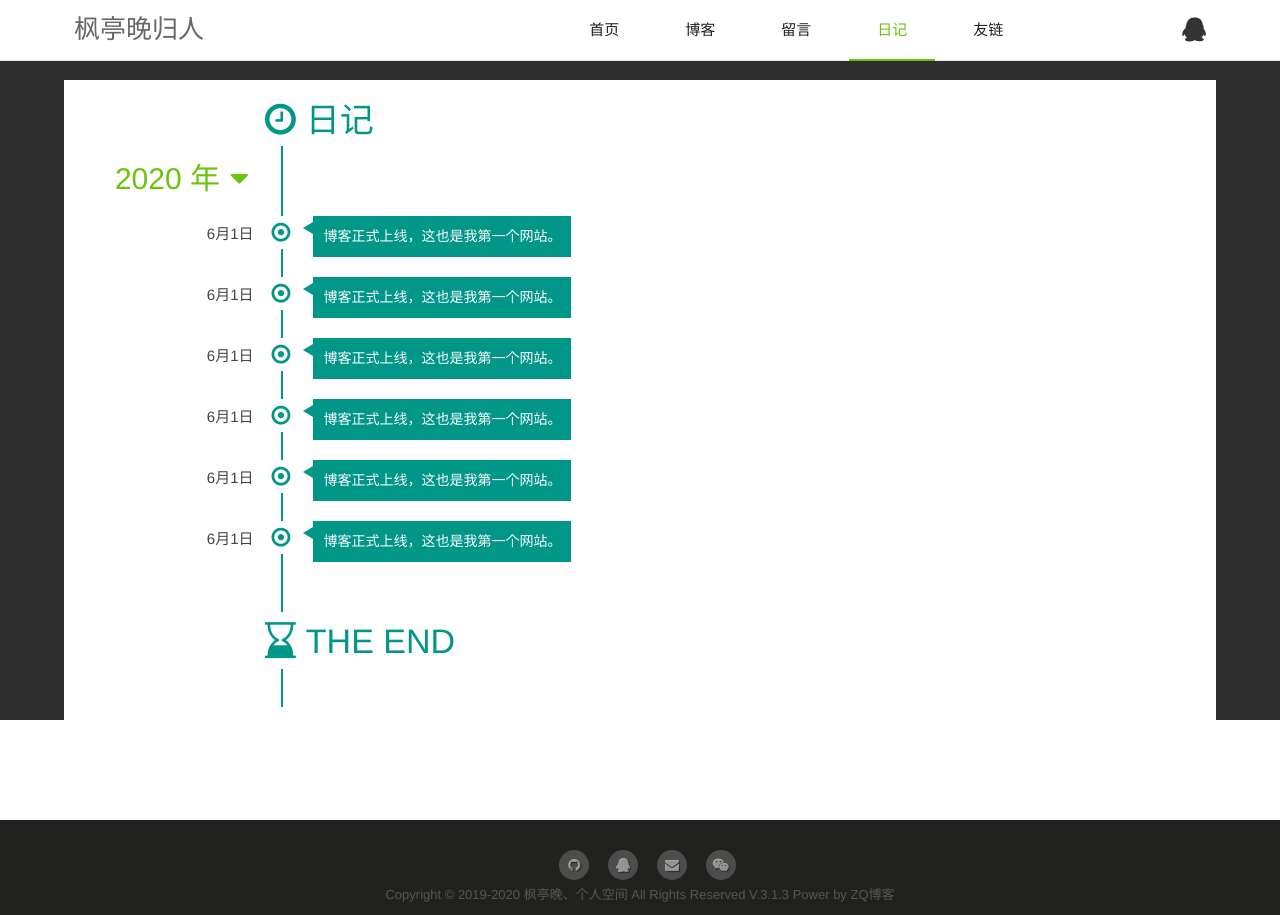
Repository: fengfi9/blog
Page: diary.html
The author's editor kept a copy of each file at every save. The page is drawn from the files as they stood at one save, then again after the next save.
The browser window is 1280 px wide. The pictures show the whole page.

Above is the page before, as saved 2020-10-22 15:05:16.

After the next save:
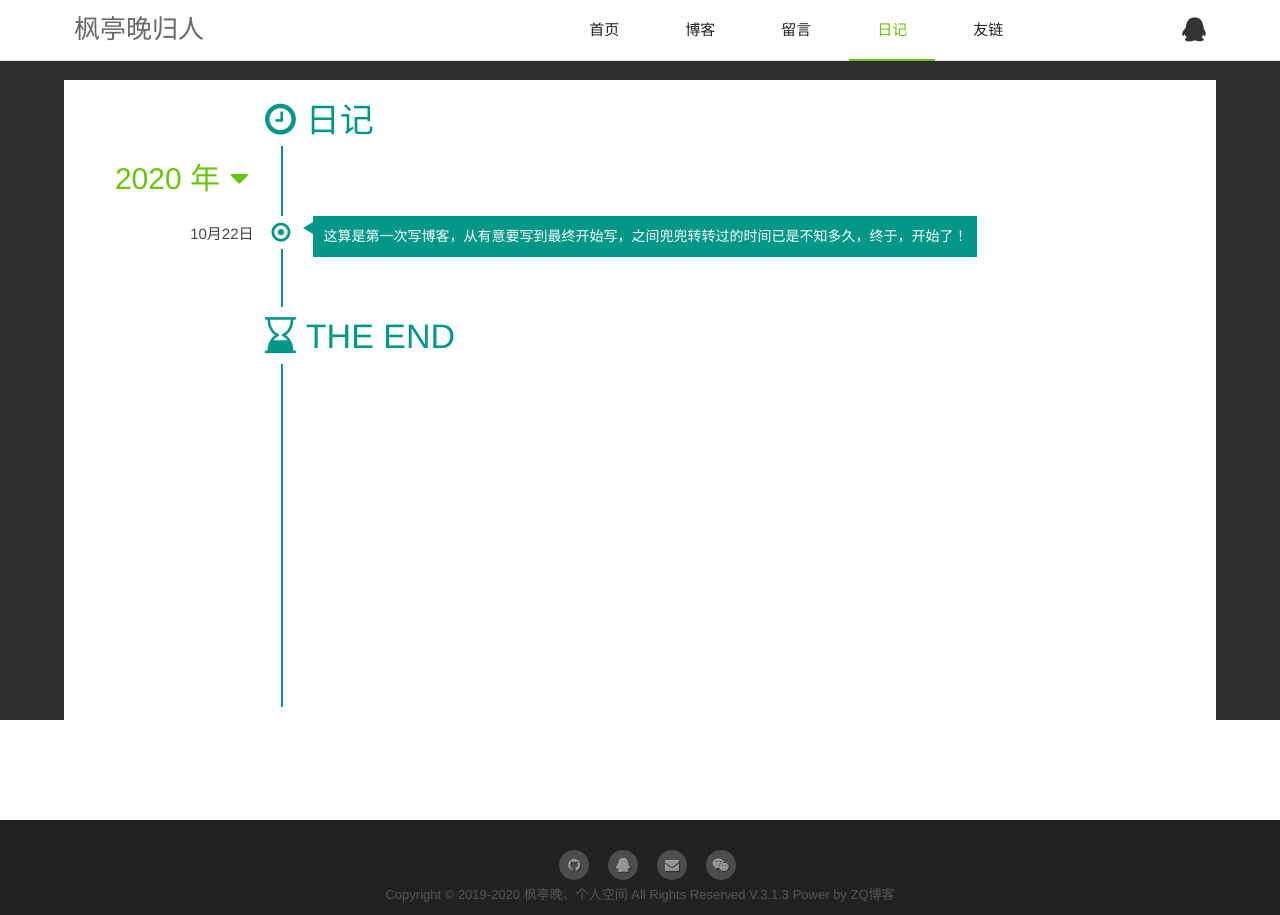
Saved 101 s later.
--- a/diary.html
+++ b/diary.html
@@ -97,28 +97,8 @@
         // 循环日记
         var diaryS = [
             {
-                time:"6月1日",
-                content:"博客正式上线，这也是我第一个网站。"
-            },
-            {
-                time:"6月1日",
-                content:"博客正式上线，这也是我第一个网站。"
-            },
-            {
-                time:"6月1日",
-                content:"博客正式上线，这也是我第一个网站。"
-            },
-            {
-                time:"6月1日",
-                content:"博客正式上线，这也是我第一个网站。"
-            },
-            {
-                time:"6月1日",
-                content:"博客正式上线，这也是我第一个网站。"
-            },
-            {
-                time:"6月1日",
-                content:"博客正式上线，这也是我第一个网站。"
+                time:"10月22日",
+                content:"这算是第一次写博客，从有意要写到最终开始写，之间兜兜转转过的时间已是不知多久，终于，开始了！"
             }
         ];
         $.each(diaryS,function(i,val){
